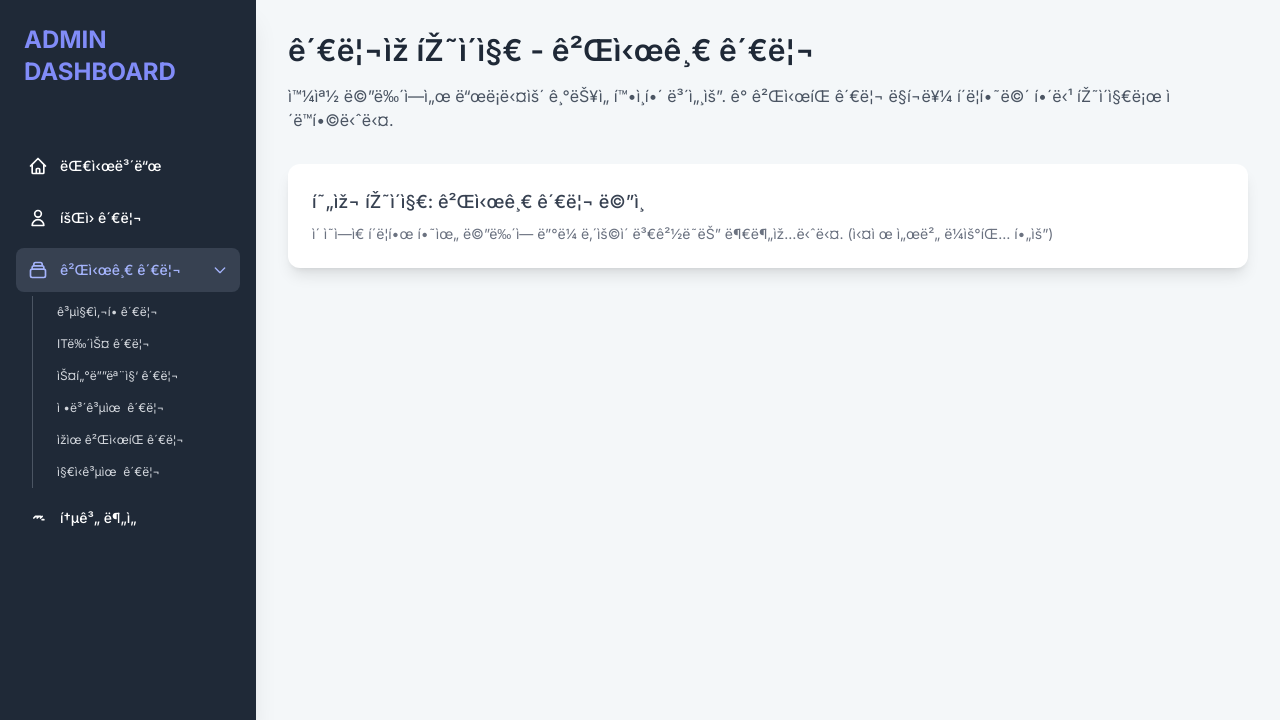
Repository: virtue5321/itgoupgo
Page: http://localhost/ITGOUPGO/WEB-INF/views/admin/postManage.jsp
An editor plug-in stored every save of this project. The page is shown before and after the next save, followed by the edit.
The browser window is 1280 px wide. The pictures show the whole page.
Some web libraries are served in a nearby version. The page is served by Tomcat 10. Nobody is signed in. The template is opened directly, without the code that normally fills it, so the values that code supplies are empty.

Above is the page before, as saved 2025-10-30 05:58:50.

After the next save:
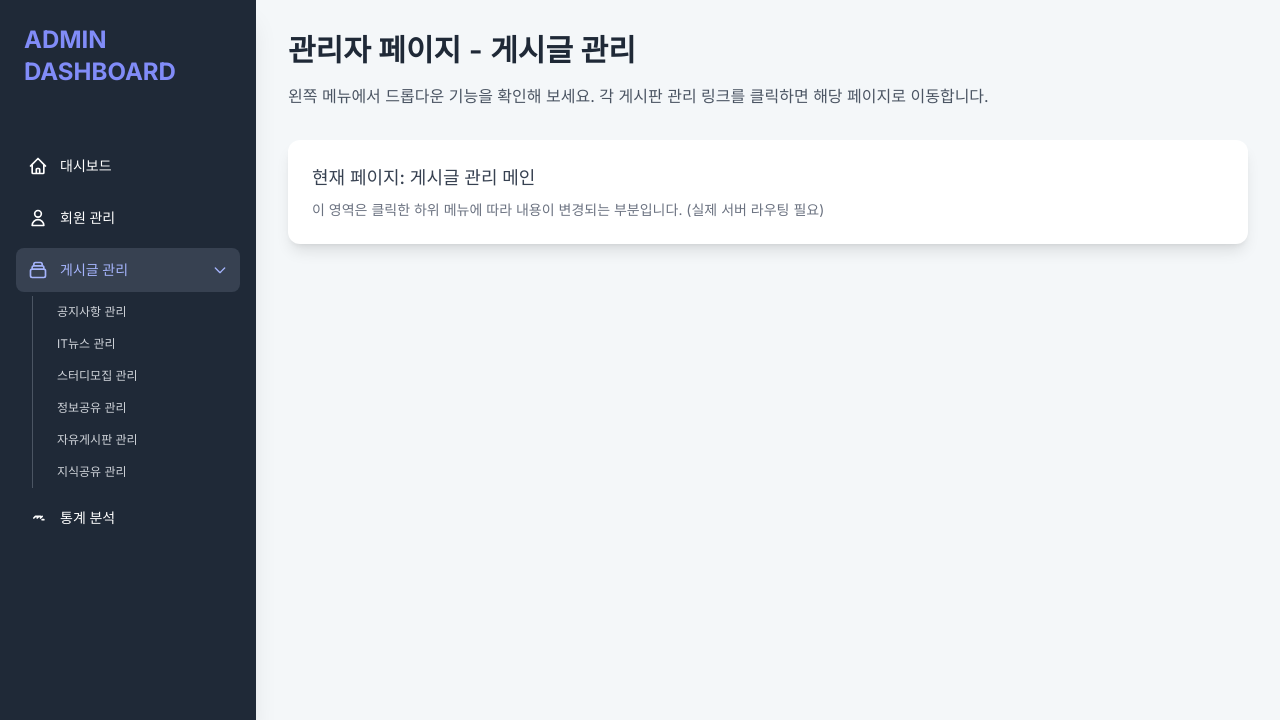
Saved 51 s later.
--- a/ITGOUPGO/src/main/webapp/WEB-INF/views/admin/postManage.jsp
+++ b/ITGOUPGO/src/main/webapp/WEB-INF/views/admin/postManage.jsp
@@ -1,3 +1,6 @@
+<%@ page language="java" contentType="text/html; charset=UTF-8" pageEncoding="UTF-8"%>
+<%@ taglib prefix="c" uri="jakarta.tags.core" %>
+<%@ taglib prefix="fmt" uri="http://java.sun.com/jsp/jstl/fmt" %>
 <!DOCTYPE html>
 <html lang="ko">
 <head>
